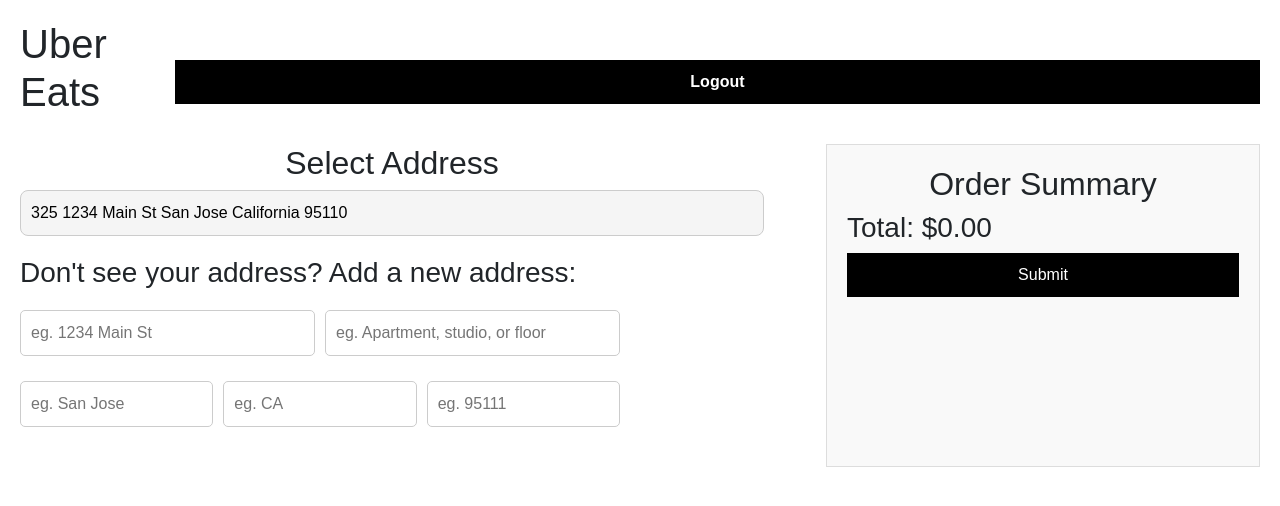
Repository: chelseajaculina/lab2-uber-eats
Page: /order (app in frontend/)
These files come from the project's save history. The page is drawn as it stood at one moment and after a run of saves; the edit follows.
The browser window is 1280 px wide. The pictures show the whole page.
The page's requests for data from a server got no answer. The project was rebuilt for these pictures with package versions that can differ from the ones it lists, and the page was loaded fresh each time. No one was signed in, and anything a server would have sent is missing. Also part of the build but not shown: frontend/src/components/Home.css, frontend/src/components/Logout.js, frontend/src/components/CartModal.css, frontend/src/components/CartModal.js, frontend/src/components/NavBarHome.js, frontend/src/components/Home.js, frontend/src/components/CustomerSignUp.js, frontend/src/components/RestaurantSignUp.js and 24 more.

Above is the page before, as saved 2024-11-23 00:00:33.

### frontend/src/components/OrderPage.js
import React, { useState, useEffect, useMemo } from 'react';
import { useLocation, useNavigate } from 'react-router-dom';
import axios from 'axios';
import './OrderPage.css'; // Add custom CSS for styling

const OrderPage = () => {
  const location = useLocation();
  const navigate = useNavigate();

  const cart = useMemo(() => location.state?.cart || [], [location.state]);

  const [street, setStreet] = useState('');
  const [apartment, setApartment] = useState('');
  const [city, setCity] = useState('');
  const [state, setState] = useState('');
  const [zipcode, setZipcode] = useState('');
  const [isLoading, setIsLoading] = useState(false);
  const [isOrderPlaced, setIsOrderPlaced] = useState(false);
  const [successMessage, setSuccessMessage] = useState('');
  const [customerId, setCustomerId] = useState(null);
  const [restaurantId, setRestaurantId] = useState(null);

  useEffect(() => {
    const fetchSessionData = async () => {
      try {
        const { data } = await axios.get('/api/session-data/', {
          headers: {
            Authorization: `Bearer ${localStorage.getItem('token')}`,
          },
        });

        setCustomerId(data.customer_id);
        setRestaurantId(cart[0]?.restaurant_id || data.restaurant_id);
      } catch (error) {
        console.error('Error fetching session data:', error);
      }
    };

    fetchSessionData();

    if (!customerId) setCustomerId(localStorage.getItem('customer_id'));
    if (!restaurantId) setRestaurantId(localStorage.getItem('restaurant_id'));
  }, [cart, customerId, restaurantId]);

  const calculateTotal = () =>
    cart.reduce((total, item) => total + (parseFloat(item.price) || 0) * item.quantity, 0).toFixed(2);

  const handlePlaceOrder = async () => {
    setIsLoading(true);
    setSuccessMessage('');

    const orderItems = cart.map((item) => ({
      dish_id: item.id,
      quantity: item.quantity,
    }));

    const orderPayload = {
      restaurant_id: restaurantId,
      customer_id: customerId,
      address: `${street}, ${apartment ? apartment + ', ' : ''}${city}, ${state} ${zipcode}`,
      items: orderItems,
      total: calculateTotal(),
      status: 'New',
      delivery_status: 'Order Received',
    };

    try {
      const response = await axios.post('/api/restaurants/orders/create/', orderPayload, {
        headers: {
          Authorization: `Bearer ${localStorage.getItem('token')}`,
        },
      });

      console.log('Order placed successfully:', response.data);
      setIsOrderPlaced(true);
      setSuccessMessage('Your order has been placed successfully!');
    } catch (error) {
      console.error('Error placing order:', error);
    } finally {
      setIsLoading(false);
    }
  };

  return (
    <div className="order-page">
      <header className="order-header">
        <h1>Uber Eats</h1>
        <button className="logout-button" onClick={() => navigate('/logout')}>
          Logout
        </button>
      </header>

      <div className="order-container">
        <div className="address-section">
          <h2>Select Address</h2>
          <input
            type="text"
            className="address-display"
            value="325 1234 Main St San Jose California 95110"
            readOnly
          />
          <h3>Don't see your address? Add a new address:</h3>
          <form className="new-address-form">
            <div className="address-input">
              <input
                type="text"
                placeholder="eg. 1234 Main St"
                value={street}
                onChange={(e) => setStreet(e.target.value)}
              />
              <input
                type="text"
                placeholder="eg. Apartment, studio, or floor"
                value={apartment}
                onChange={(e) => setApartment(e.target.value)}
              />
            </div>
            <div className="address-input">
              <input
                type="text"
                placeholder="eg. San Jose"
                value={city}
                onChange={(e) => setCity(e.target.value)}
              />
              <input
                type="text"
                placeholder="eg. CA"
                value={state}
                onChange={(e) => setState(e.target.value)}
              />
              <input
                type="text"
                placeholder="eg. 95111"
                value={zipcode}
                onChange={(e) => setZipcode(e.target.value)}
              />
            </div>
          </form>
        </div>

        <div className="order-summary">
          <h2>Order Summary</h2>
          {cart.map((item) => (
            <div key={item.id} className="summary-item">
              <span>{item.name}</span>
              <span>Qty: {item.quantity}</span>
              <span>${(parseFloat(item.price) * item.quantity).toFixed(2)}</span>
            </div>
          ))}
          <h3>Total: ${calculateTotal()}</h3>
          <button
            className="place-order-button"
            onClick={handlePlaceOrder}
            disabled={isLoading || !customerId || !restaurantId}
          >
            {isLoading ? 'Placing Order...' : 'Submit'}
          </button>
        </div>
      </div>

      {isOrderPlaced && (
        <div className="confirmation-message">
          <h3>Congratulations!</h3>
          <p>Your order has been placed! Stay hungry, our delivery executive will be assigned shortly.</p>
          <button onClick={() => navigate('/orders')} className="dashboard-button">
            Go to Dashboard
          </button>
        </div>
      )}
    </div>
  );
};

export default OrderPage;

### frontend/src/components/SignUp.css
/* Shared container styling for login and signup */
.signup-container {
    display: flex;
    flex-direction: column;
    align-items: center;
    padding: 20px;
    width: 100%;
    background-color: #f7f7f7; /* Light gray background */
}

/* Shared header styling for both signup and login */
.signup-header {
    background-color: transparent;
    width: 100%;
    text-align: center;
    padding: 10px;
}

/* Brand title styling for consistency */
.brand-title {
    color: #000; /* Black color for "Uber" */
    font-size: 24px;
}

.brand-title span {
    color: #34a853; /* Green color for "Eats" */
}

/* Container to hold both forms side by side */
.signup-forms {
    display: flex;
    justify-content: space-between;
    width: 80%;
    max-width: 1200px;
    gap: 20px; /* Space between the two forms */
    margin-top: 20px;
}

/* Styling for each individual form container */
.form-container {
    flex: 1;
    background-color: white;
    padding: 20px;
    border-radius: 10px;
    box-shadow: 0 4px 10px rgba(0, 0, 0, 0.1);
    text-align: center;
}

/* Shared form styling for inputs and buttons */
.signup-form, .login-form {
    display: flex;
    flex-direction: column;
    width: 100%;
    margin-top: 20px;
}

.signup-form h2, h2 {
    text-align: center;
    font-size: 18px;
    margin-bottom: 10px;
    color: #333;
}

.signup-form input,  input {
    width: 100%;
    padding: 12px;
    margin: 8px 0;
    border-radius: 8px;
    border: 1px solid #ccc;
    font-size: 16px;
}

.continue-button {
    background-color: black;
    color: white;
    padding: 12px;
    border: none;
    border-radius: 8px;
    font-size: 16px;
    cursor: pointer;
    margin-top: 10px;
}

.divider {
    display: flex;
    align-items: center;
    text-align: center;
    margin: 20px 0;
}

.line {
    flex: 1;
    height: 1px;
    background-color: #ccc;
    border: none;
}



.google-button, .apple-button, .qr-code-button {
    display: flex;
    align-items: center;
    justify-content: center;
    background-color: #f5f5f5;
    color: black;
    padding: 12px;
    margin: 8px 0;
    border-radius: 8px;
    border: 1px solid #ccc;
    font-size: 16px;
    cursor: pointer;
}

.google-button img, .apple-button img, .qr-code-button img {
    width: 20px;
    height: 20px;
    margin-right: 10px;
}

.disclaimer {
    font-size: 12px;
    color: gray;
    text-align: center;
    margin-top: 10px;
    line-height: 1.5;
}

.link-button {
    color: #000;
    font-weight: bold;
    text-decoration: none;
    cursor: pointer;
    background: #000;  /* Remove default background */
    border: none;      /* Remove default border */
    padding: 0.5rem;   /* Optional padding to make it look button-like */
    color: #fff;
}

/* Responsive design for smaller screens */
@media (max-width: 768px) {
    .signup-forms {
        flex-direction: column;
        align-items: center;
    }

    .form-container {
        width: 100%;
        margin-bottom: 20px;
    }
}


/* Stretch buttons across form container */
.google-button, .apple-button, .qr-code-button {
    display: flex;
    align-items: center;
    justify-content: center;
    background-color: #f5f5f5;
    color: black;
    padding: 12px;
    margin: 8px 0;
    border-radius: 8px;
    border: 1px solid #ccc;
    font-size: 16px;
    cursor: pointer;
    width: 100%; /* Make buttons full width */
    max-width: 300px; /* Optional max-width to keep buttons from getting too wide */
}

/* Center the buttons within the form container */
.signup-form, .login-form {
    display: flex;
    flex-direction: column;
    align-items: center; /* Center all elements horizontally */
    width: 100%;
    margin-top: 20px;
}

/* Center the button icon */
.google-button .icon, .apple-button .icon, .qr-code-button .icon {
    margin-right: 10px;
    font-size: 20px;
}

### frontend/src/components/Logout.css
.logout-button {
    color: #000;
    font-weight: bold;
    text-decoration: none;
    cursor: pointer;
    background: #000;  /* Remove default background */
    border: none;      /* Remove default border */
    padding: 0.5rem;   /* Optional padding to make it look button-like */
    color: #fff;
    text-align: center;
}

### frontend/src/components/CustomerProfile.css
/* Main Container */
.dashboard-container {
    display: flex;
    font-family: Arial, sans-serif;
  }

  /* Sidebar */
  .sidebar {
    width: 250px;
    background-color: #000;
    color: #fff;
    padding: 20px;
    min-height: 100vh;
  }

  .sidebar h2 {
    font-size: 1.2em;
    margin-bottom: 20px;
    color: #fff;
  }

  .sidebar ul {
    list-style-type: none;
    padding: 0;
  }

  .sidebar ul li {
    padding: 15px 0;
    color: #ccc;
    cursor: pointer;
  }

  .sidebar ul li:hover,
  .sidebar ul li.active {
    color: #fff;
    background-color: #333;
    padding-left: 10px;
    border-radius: 5px;
  }

  /* Content Section */
  .content {
    flex: 1;
    padding: 40px;
  }

  .content h1 {
    font-size: 2em;
    font-weight: bold;
    margin-bottom: 20px;
  }

  /* Form Styling */
  form {
    display: flex;
    flex-direction: column;
    gap: 15px;
    max-width: 600px;
    margin-bottom: 30px;
  }

  form label {
    font-weight: bold;
    margin-bottom: 5px;
  }

  form input[type="text"],
  form input[type="date"],
  form input[type="email"],
  form input[type="tel"],
  form select {
    width: 100%;
    padding: 10px;
    border: 1px solid #ccc;
    border-radius: 5px;
  }

  form button {
    padding: 10px 15px;
    background-color: #28a745;
    color: #fff;
    border: none;
    border-radius: 5px;
    cursor: pointer;
  }

  form button:hover {
    background-color: #000;
  }

  /* Profile Picture Section */
  .profile-section {
    display: flex;
    align-items: center;
    gap: 10px;
    margin-bottom: 20px;
  }

  .profile-picture {
    width: 100px;
    height: 100px;
    border-radius: 75%;
    object-fit: cover;
    border: 1px solid #ccc;
  }

  .profile-picture-input {
    margin-top: 10px;
  }

  .profile-picture-btn {
    padding: 8px 12px;
    background-color: #28a745;
    color: #fff;
    border: none;
    border-radius: 5px;
    cursor: pointer;
    margin-top: 10px;
  }

  .profile-picture-btn:hover {
    background-color: #000000;
  }

  /* Favorites Section */
  .favorites-section {
    margin-top: 30px;
  }

  .favorites-section h2 {
    font-size: 1.5em;
    font-weight: bold;
    margin-bottom: 10px;
  }

  .favorites-section ul {
    list-style-type: none;
    padding: 0;
  }

  .favorites-section li {
    padding: 10px 0;
    border-bottom: 1px solid #eee;
  }

  /* Edit Icon Styling (optional) */
  .edit-icon {
    cursor: pointer;
    font-size: 1.2em;
    color: #007bff;
    background: #fff;
    border-radius: 50%;
    padding: 5px;
    border: 1px solid #007bff;
  }

### frontend/src/components/Welcome.css
/* General Reset */
* {
    margin: 0;
    padding: 0;
    box-sizing: border-box;
    font-family: Arial, Helvetica, sans-serif;
}

/* Container */
.landing-container {
    width: 100%;
    height: 100vh;
    background: url('/public/images/landing-bg.jpg') center/cover no-repeat;
    color: #000;
    display: flex;
    flex-direction: column;
    margin: 0;
    padding: 0;
}

/* Navigation Bar */
.navbar {
    display: flex;
    justify-content: space-between;
    align-items: center;
    padding: 1rem 2rem;
    background-color: transparent; /* Keep background transparent if desired */
    border-bottom: none; /* Ensure no bottom border */
    box-shadow: none; /* Ensure no shadow */
}


.navbar-left {
    display: flex;
    align-items: center;
    background-color: transparent;
}

.menu-button {
    font-size: 1.5rem;
    background: none;
    border: none;
    cursor: pointer;
    margin-right: 1rem;
    color: #000; /* White icon color */
}

.menu-button:focus {
    outline: none; /* Remove focus outline */
}

.brand-title {
    font-weight: bold;
    font-size: 1.5rem;
    color: #000;
}

.navbar-right {
    display: flex;
    align-items: center;
    background-color: transparent;
}

.navbar-right button {
    padding: 0.5rem 1rem;
    cursor: pointer;
    font-size: 1rem;
    margin-left: 1rem;
    border-radius: 5px;
    border: none; /* Ensure there is no border for solid button effect */
}

/* Log in Button - White with Black Border */
.login-button {
    background-color: #fff;          /* White background */
    color: #000;                     /* Black text */
    border: 1px solid #000;          /* Black border */
    border-radius: 5px;              /* Slightly rounded corners */
}

/* Sign up Button - Green with White Text */
.signup-button {
    background-color: #00ff80;  /* Green background */
    color: #fff;                     /* White text */
    border-radius: 5px;              /* Slightly rounded corners */
}

/* Hero Section */
.hero-section {
    display: flex;
    flex-direction: column;
    align-items: left;
    margin-top: 6rem;
    padding: 2rem;
    color: #000;
}

.hero-section h1 {
    font-size: 3rem;
    font-weight: bold;
    margin-bottom: 2rem;
}

/* Address Input Section */
.address-input-section {
    display: flex;
    align-items: center;
    gap: 1rem;
    width: 100%;
    max-width: 800px;
}

.input-box {
    display: flex;
    align-items: center;
    background: #fff;
    padding: 0.5rem;
    border-radius: 8px;
    flex-grow: 1;
    border: 1px solid #ddd;
}

.input-box .icon {
    margin-right: 0.5rem;
    color: #666;
}

.input-box input {
    border: none;
    outline: none;
    width: 100%;
    font-size: 1rem;
    padding: 0.5rem 0;
}

.delivery-time-dropdown {
    display: flex;
    align-items: center;
    background: #fff;
    padding: 0.5rem;
    border-radius: 8px;
    border: 1px solid #ddd;
}

.delivery-time-dropdown .icon {
    margin-right: 0.5rem;
    color: #666;
}

.delivery-time-dropdown select {
    border: none;
    outline: none;
    font-size: 1rem;
    background: transparent;
}

/* Search Button */
.search-button {
    background-color: #000;
    color: #fff;
    padding: 0.75rem 1.5rem;
    border: none;
    cursor: pointer;
    border-radius: 8px;
    font-weight: bold;
}

/* Sign In Link */
.signin-link {
    margin-top: 1rem;
    font-size: 1rem;
    color: #666;
}

.signin-link a {
    color: #000;
    font-weight: bold;
    text-decoration: none;
}

.signin-link a:hover {
    text-decoration: underline;
}

.link-button {
    color: #000;
    font-weight: bold;
    text-decoration: none;
    cursor: pointer;
    background: none;  /* Remove default background */
    border: none;      /* Remove default border */
    padding: 0.5rem;   /* Optional padding to make it look button-like */
}

.link-button:hover {
    text-decoration: underline; /* Add underline on hover */
}

### frontend/src/components/RestaurantProfile.css
/* Main Container */
.dashboard-container {
    display: flex;
    font-family: Arial, sans-serif;
  }

  /* Sidebar */
  .sidebar {
    width: 250px;
    background-color: #000;
    color: #fff;
    padding: 20px;
    min-height: 100vh;
  }

  .sidebar h2 {
    font-size: 1.2em;
    margin-bottom: 20px;
    color: #fff;
  }

  .sidebar ul {
    list-style-type: none;
    padding: 0;
  }

  .sidebar ul li {
    padding: 15px 0;
    color: #ccc;
    cursor: pointer;
  }

  .sidebar ul li:hover,
  .sidebar ul li.active {
    color: #fff;
    background-color: #333;
    padding-left: 10px;
    border-radius: 5px;
  }

  /* Content Section */
  .content {
    flex: 1;
    padding: 40px;
  }

  .content h1 {
    font-size: 2em;
    font-weight: bold;
    margin-bottom: 20px;
  }

  /* Form Styling */
  form {
    display: flex;
    flex-direction: column;
    gap: 15px;
    max-width: 600px;
    margin-bottom: 30px;
  }

  form label {
    font-weight: bold;
    margin-bottom: 5px;
  }

  form input[type="text"],
  form input[type="date"],
  form input[type="email"],
  form input[type="tel"],
  form select {
    width: 100%;
    padding: 10px;
    border: 1px solid #ccc;
    border-radius: 5px;
  }

  form button {
    padding: 10px 15px;
    background-color: #28a745;
    color: #fff;
    border: none;
    border-radius: 5px;
    cursor: pointer;
  }

  form button:hover {
    background-color: #000;
  }

  /* Profile Picture Section */
  .profile-section {
    display: flex;
    align-items: center;
    gap: 10px;
    margin-bottom: 20px;
  }

  .profile-picture {
    width: 100px;
    height: 100px;
    border-radius: 75%;
    object-fit: cover;
    border: 1px solid #ccc;
  }

  .profile-picture-input {
    margin-top: 10px;
  }

  .profile-picture-btn {
    padding: 8px 12px;
    background-color: #28a745;
    color: #fff;
    border: none;
    border-radius: 5px;
    cursor: pointer;
    margin-top: 10px;
  }

  .profile-picture-btn:hover {
    background-color: #000000;
  }

  /* Favorites Section */
  .favorites-section {
    margin-top: 30px;
  }

  .favorites-section h2 {
    font-size: 1.5em;
    font-weight: bold;
    margin-bottom: 10px;
  }

  .favorites-section ul {
    list-style-type: none;
    padding: 0;
  }

  .favorites-section li {
    padding: 10px 0;
    border-bottom: 1px solid #eee;
  }

  /* Edit Icon Styling (optional) */
  .edit-icon {
    cursor: pointer;
    font-size: 1.2em;
    color: #007bff;
    background: #fff;
    border-radius: 50%;
    padding: 5px;
    border: 1px solid #007bff;
  }

### frontend/src/components/RestaurantMenu.css
/* General Reset */
* {
  margin: 0;
  padding: 0;
  box-sizing: border-box;
  font-family: Arial, Helvetica, sans-serif;
}

/* Container for the entire menu section */
.restaurant-menu {
  width: 100%;
  padding: 20px;
  display: flex;
  flex-direction: column;
  align-items: center;
  background-color: #f5f5f5;
}

/* Title of the menu */
.menu-title {
  font-size: 2rem;
  margin-bottom: 20px;
  color: #333;
}

/* Section for the add dish button */
.add-dish-section {
  width: 100%;
  display: flex;
  justify-content: center;
  margin-bottom: 20px;
}

.add-dish-button {
  padding: 10px 20px;
  font-size: 1rem;
  background-color: black;
  color: white;
  border: none;
  border-radius: 5px;
  cursor: pointer;
  transition: background-color 0.3s;
}

.add-dish-button:hover {
  background-color: #333;
}

/* Dishes list */
.dishes-list {
  width: 100%;
  display: flex;
  flex-wrap: wrap;
  justify-content: center;
  gap: 20px;
}

/* Individual dish card */
.dish-card {
  background-color: white;
  width: 250px;
  padding: 10px;
  border-radius: 10px;
  box-shadow: 0 4px 8px rgba(0, 0, 0, 0.1);
  text-align: center;
  display: flex;
  flex-direction: column;
  align-items: center;
}

.dish-image {
  width: 100%;
  height: 180px;
  object-fit: cover;
  border-radius: 10px;
  margin-bottom: 10px;
}

.dish-card h3 {
  font-size: 1.2rem;
  color: #333;
}

.dish-card p {
  font-size: 0.9rem;
  color: #555;
}

.dish-card strong {
  color: #000;
}

/* Modal overlay */
.modal-overlay {
  position: fixed;
  top: 0;
  left: 0;
  width: 100%;
  height: 100%;
  background-color: rgba(0, 0, 0, 0.5);
  display: flex;
  justify-content: center;
  align-items: center;
}

/* Modal content */
.modal-content {
  background-color: white;
  padding: 20px;
  width: 400px;
  border-radius: 10px;
  box-shadow: 0 4px 8px rgba(0, 0, 0, 0.2);
}

.modal-content h2 {
  font-size: 1.5rem;
  margin-bottom: 20px;
  color: #333;
}

.dish-form {
  display: flex;
  flex-direction: column;
  gap: 10px;
}

.dish-form input,
.dish-form select,
.dish-form textarea {
  padding: 10px;
  font-size: 1rem;
  border: 1px solid #ccc;
  border-radius: 5px;
  width: 100%;
  box-sizing: border-box;
}

.dish-form textarea {
  resize: vertical;
  height: 100px;
}

.form-buttons {
  display: flex;
  justify-content: space-between;
}

.save-button {
  background-color: #00cc66;
  color: white;
  padding: 10px 20px;
  border: none;
  border-radius: 5px;
  cursor: pointer;
  transition: background-color 0.3s;
}

.save-button:hover {
  background-color: #00a653;
}

.cancel-button {
  background-color: #ccc;
  color: #333;
  padding: 10px 20px;
  border: none;
  border-radius: 5px;
  cursor: pointer;
  transition: background-color 0.3s;
}

.cancel-button:hover {
  background-color: #bbb;
}

/* Price input styling */
.price-input {
  display: flex;
  align-items: center;
}

.price-input span {
  margin-right: 10px;
  font-size: 1rem;
  color: #333;
}

/* Loading message */
.loading {
  text-align: center;
  font-size: 1.2rem;
  color: #333;
}

### frontend/src/components/OrderPage.css
.order-page {
  font-family: Arial, sans-serif;
  margin: 20px;
}

.order-header {
  display: flex;
  justify-content: space-between;
  align-items: center;
  margin-bottom: 20px;
}

.logout-button {
  background-color: black;
  color: white;
  border: none;
  padding: 10px 20px;
  cursor: pointer;
}

.order-container {
  display: flex;
  justify-content: space-between;
}

.address-section {
  width: 60%;
}

.address-display {
  width: 100%;
  padding: 10px;
  margin-bottom: 20px;
  background-color: #f5f5f5;
  border: 1px solid #ccc;
}

.new-address-form {
  margin-top: 20px;
}

.address-input {
  display: flex;
  gap: 10px;
  margin-bottom: 10px;
}

.order-summary {
  width: 35%;
  background-color: #f9f9f9;
  padding: 20px;
  border: 1px solid #ddd;
}

.summary-item {
  display: flex;
  justify-content: space-between;
  margin-bottom: 10px;
}

.place-order-button {
  width: 100%;
  padding: 10px;
  background-color: black;
  color: white;
  border: none;
  cursor: pointer;
  font-size: 16px;
}

.confirmation-message {
  margin-top: 20px;
  background-color: #e8f5e9;
  padding: 15px;
  border: 1px solid #c8e6c9;
  color: #388e3c;
}

.dashboard-button {
  background-color: black;
  color: white;
  padding: 10px 20px;
  border: none;
  margin-top: 10px;
  cursor: pointer;
}

Loaded but not shown: frontend/public/index.html (common file); frontend/src/App.js (86 lines, source omitted); frontend/src/contexts/CartContext.js (42 lines, source omitted); frontend/src/index.js (14 lines, source omitted); frontend/src/components/NavBar.css (372 lines, source omitted); frontend/src/components/NavBarBusiness.css (260 lines, source omitted)

After the next 3 saves:
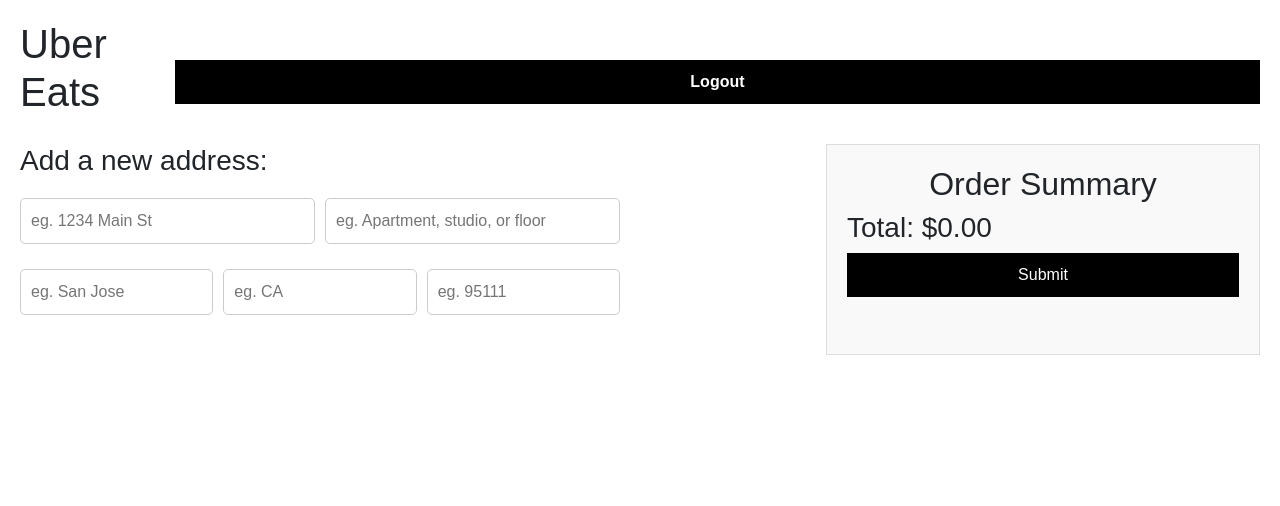
The 3 saves are shown as one change because they came seconds apart.
The last was saved 34 s later.
--- a/frontend/src/components/OrderPage.js
+++ b/frontend/src/components/OrderPage.js
@@ -92,14 +92,7 @@
 
       <div className="order-container">
         <div className="address-section">
-          <h2>Select Address</h2>
-          <input
-            type="text"
-            className="address-display"
-            value="325 1234 Main St San Jose California 95110"
-            readOnly
-          />
-          <h3>Don't see your address? Add a new address:</h3>
+          <h3> Add a new address:</h3>
           <form className="new-address-form">
             <div className="address-input">
               <input
